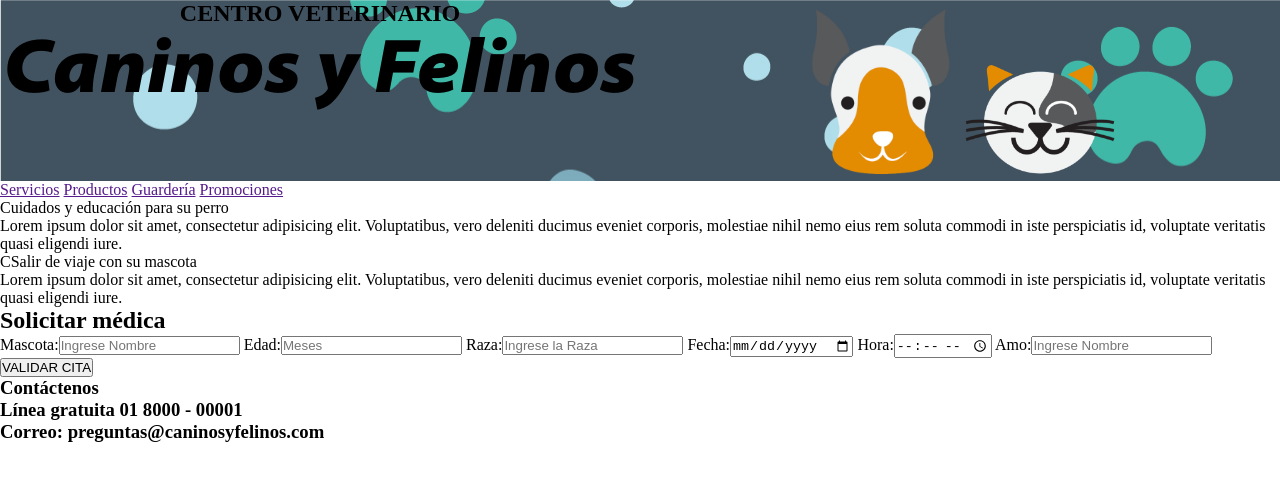
Repository: mariomr87/senaweb01
Page: principal.html
The author's editor kept a copy of each file at every save. The page is drawn from the files as they stood at one save, then again after the next save.
The browser window is 1280 px wide. The pictures show the whole page.

Above is the page before, as saved 2021-09-26 20:30:21.

### principal.html
<!DOCTYPE html>
<html lang="en">
<head>
    <meta charset="UTF-8">
    <meta http-equiv="X-UA-Compatible" content="IE=edge">
    <meta name="viewport" content="width=device-width, initial-scale=1.0">
    <link rel="stylesheet" href="estilos.css">
    <title>Document</title>
</head>
<body>
    <div>
        <header>
            <div id="cabecera">
                <div class="header-text">
                    <h3>CENTRO VETERINARIO</h3>
                    <h1>Caninos y Felinos</h1>
                </div>
                <div class="header-img">
                    <img src="./imagenes/dog_white.png" alt="">
                    <img src="./imagenes/cat_white.png" alt="">
                </div>
            </div>
        </header>
        <nav>
            <td>
                <tr><a href="">Servicios</a></tr>
                <tr><a href="">Productos</a></tr>
                <tr><a href="">Guardería</a></tr>
                <tr><a href="">Promociones</a></tr>
            </td>
        </nav>
        <section>
            <article>
                <p>Cuidados y educación para su perro</p>
                <p>Lorem ipsum dolor sit amet, consectetur adipisicing elit. Voluptatibus, vero deleniti ducimus eveniet corporis, molestiae nihil nemo eius rem soluta commodi in iste perspiciatis id, voluptate veritatis quasi eligendi iure.</p>
            </article>
            <article>
                <p>CSalir de viaje con su mascota</p>
                <p>Lorem ipsum dolor sit amet, consectetur adipisicing elit. Voluptatibus, vero deleniti ducimus eveniet corporis, molestiae nihil nemo eius rem soluta commodi in iste perspiciatis id, voluptate veritatis quasi eligendi iure.</p>
            </article>
        </section>
        <aside>
            <form action="">
                <div><h2>Solicitar médica</h2></div>
                <div>
                    <label for="mascota_name">Mascota:</label><input type="text" placeholder="Ingrese Nombre" id="">
                    <label for="age_pet">Edad:</label><input type="number" name="" id="" placeholder="Meses">
                    <label for="raza_pet">Raza:</label><input type="text" name="" id="" placeholder="Ingrese la Raza">
                    <label for="fecha_ingreso_pet">Fecha:</label><input type="date" name="" id="">
                    <label for="hora_ingreso_pet">Hora:</label><input type="time" name="" id="">
                    <label for="amo_pet">Amo:</label><input type="text" name="" id="" placeholder="Ingrese Nombre">
                    <button type="submit">VALIDAR CITA</button>
                </div>
            </form>
        </aside>
        <footer>
            <h3>Contáctenos</h3>
            <h3>Línea gratuita 01 8000 - 00001</h3>
            <h3>Correo: preguntas@caninosyfelinos.com</h3>
        </footer>
    </div>
</body>
</html>

### estilos.css
*{
    margin: 0px;
    padding: 0px;
}

@font-face {
    font-family: Myriad_Pro ;
    src: url(./extra/MyriadProBlackSemiExtendedItalic.otf);
}

h1{
    font-family: Myriad_pro;
}
header div img{
    width: 25%;
}

header{

}

#cabecera{
    background-image: url("./imagenes/OPSEG70.jpg");
    background-repeat: initial;
    width: 100%;
    display: flex;
    text-align: center;


}

.header-text,.header-img{
    width:50%;
}

.header-text h3{
    font-size: 1.5em;
}

.header-text h1{
    font-size: 4.8em;
}

After the next save:
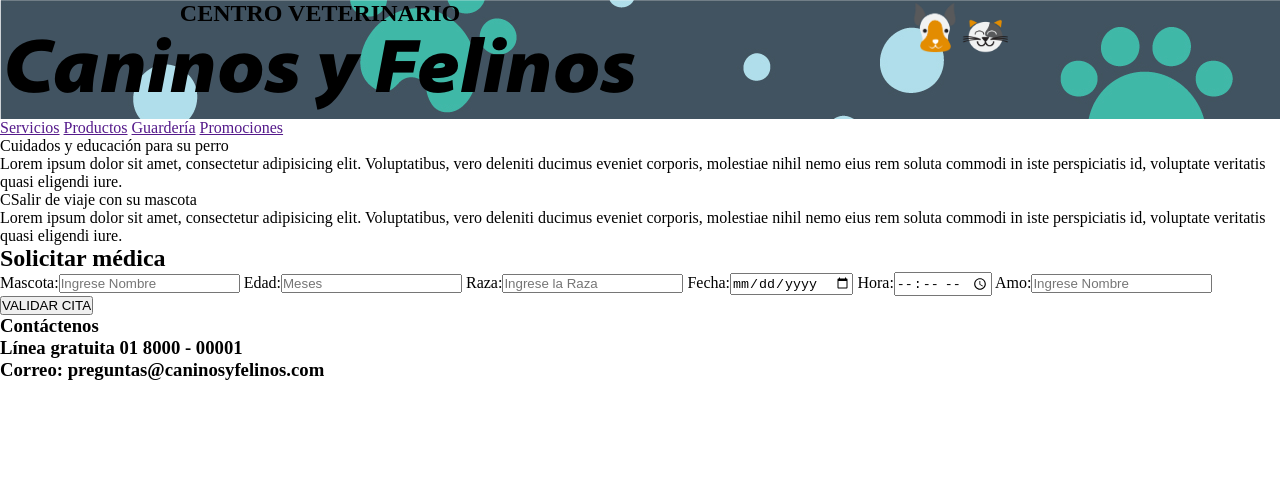
Saved 36 s later.
--- a/estilos.css
+++ b/estilos.css
@@ -12,7 +12,7 @@ h1{
     font-family: Myriad_pro;
 }
 header div img{
-    width: 25%;
+    width: 3em;
 }
 
 header{

After the 2 saves that followed:
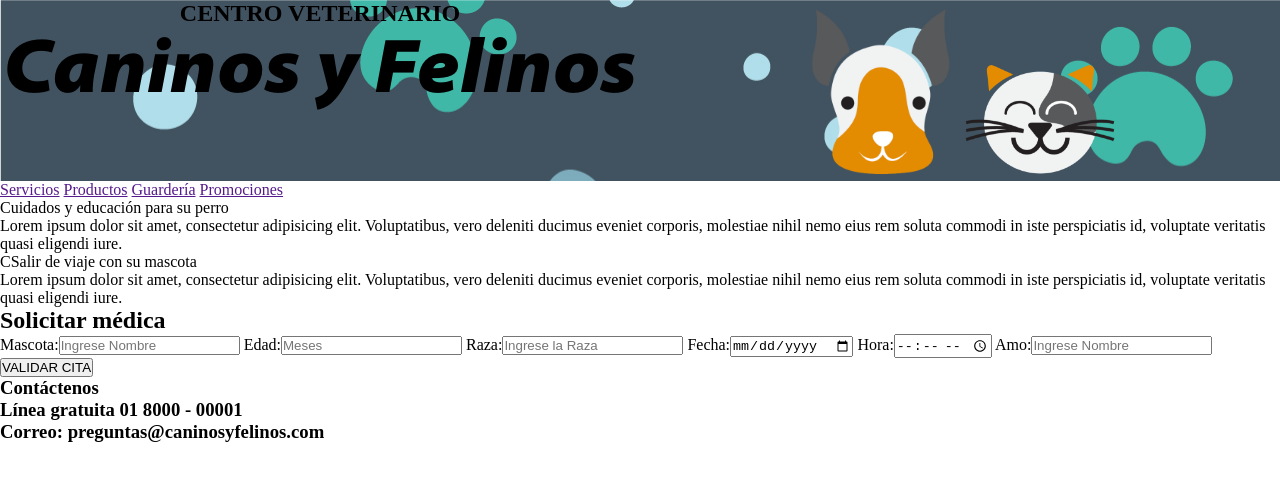
The 2 saves are shown as one change because they came seconds apart.
The last was saved 7 s later.
--- a/estilos.css
+++ b/estilos.css
@@ -12,7 +12,7 @@ h1{
     font-family: Myriad_pro;
 }
 header div img{
-    width: 3em;
+    width: 10em;
 }
 
 header{
